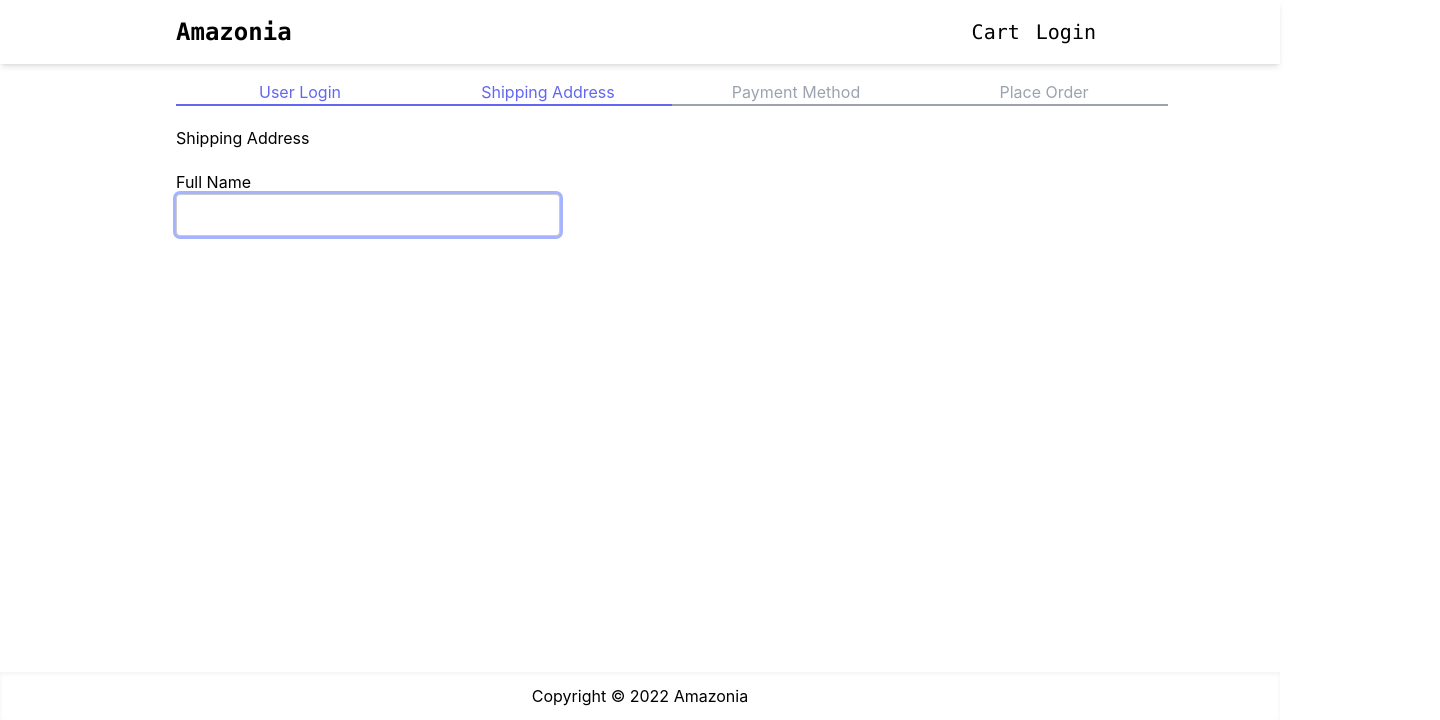
Repository: chidieb11/shop
Page: /shipping
The author's editor kept a copy of each file at every save. The page is drawn from the files as they stood at one save, then again after a run of saves.
The browser window is 1280 px wide. The page is 1440 px wide, so the pictures cover 1440 px, including what lies to the right of the window. The pictures show the whole page.
The page's requests for data from a server got no answer. The project was rebuilt for these pictures with package versions that can differ from the ones it lists, and the page was loaded fresh each time. The framework's server and built-in components were replaced by stand-ins that run in the browser. No one was signed in, and anything a server would have sent is missing. Also part of the build but not shown: next.config.js, components/DropdownLink.js.

Above is the page before, as saved 2022-06-28 22:07:58.

### pages/_app.js
import "../styles/globals.css";
import { StoreProvider } from "../utils/Store";
import { SessionProvider } from "next-auth/react";

function MyApp({ Component, pageProps:{session, ...pageProps }}) {
  return (
    <SessionProvider session={session}>
      <StoreProvider>
        <Component {...pageProps} />
      </StoreProvider>
    </SessionProvider>
  );
}

export default MyApp;

### pages/shipping.js
import React from "react";
import { useForm } from "react-hook-form";
import CheckoutWizard from "../components/CheckoutWizard";
import Layout from "../components/Layout";

const ShippingScreen = () => {
  const {
    handleSubmit,
    register,
    formState: { errors },
    setValue,
  } = useForm();

  return (
    <Layout title="Shipping Address">
      <CheckoutWizard activeStep={1} />

      <form className="mx-auto">
        <h1 className="capitalize mb-5">shipping address</h1>
        <div className="mb-4 flex flex-col">
          <label htmlFor="fullName">Full Name</label>
          <input
            type="text"
            className="w-96"
            id="fullName"
            autoFocus
            {...register("fullName", {
              required: "Please Enter Your Full Name",
            })}
            style={{ border: "1px solid #ccc", outline: "none" }}
          />
          {errors.fullName && (
            <div className="text-red-500">{errors.fullName.message}</div>
          )}
        </div>
      </form>
    </Layout>
  );
};

export default ShippingScreen;

### styles/globals.css
@tailwind base;
@tailwind components;
@tailwind utilities;

html,
body {
  padding: 0;
  margin: 0;
  font-family: -apple-system, BlinkMacSystemFont, Segoe UI, Roboto, Oxygen,
    Ubuntu, Cantarell, Fira Sans, Droid Sans, Helvetica Neue, sans-serif;
}

a {
  color: inherit;
  text-decoration: none;
}

* {
  box-sizing: border-box;
}

.card {
  @apply mb-5 block rounded-lg border border-gray-200 shadow-md;
}

.primary-button {
  @apply rounded bg-amber-200 py-2 px-4 shadow outline-none hover:bg-amber-400 active:bg-amber-500;
}

input,
select,
textarea {
  @apply rounded border-none p-2 outline-none ring-indigo-300 focus:ring;
}

.dropdown-link {
  @apply flex p-2 hover:bg-gray-200;
}

### utils/Store.js
import Cookies from "js-cookie";
import { createContext, useReducer } from "react";

export const Store = createContext();

const initialState = {
  cart: Cookies.get("cart")
    ? JSON.parse(Cookies.get("cart"))
    : { cartItems: [] },
};

function reducer(state, action) {
  switch (action.type) {
    case "CART_ADD_ITEM": {
      const newItem = action.payload;
      const existingItem = state.cart.cartItems.find(
        (item) => item.slug === newItem.slug
      );
      const cartItems = existingItem
        ? state.cart.cartItems.map((item) =>
            item.name === existingItem.name ? newItem : item
          )
        : [...state.cart.cartItems, newItem];
      Cookies.set("cart", JSON.stringify({ ...state.cart, cartItems }));
      return { ...state, cart: { ...state.cart, cartItems } };
    }
    case "CART_REMOVE_ITEM": {
      const cartItems = state.cart.cartItems.filter(
        (item) => item.slug !== action.payload.slug
      );
      Cookies.set("cart", JSON.stringify({ ...state.cart, cartItems }));
      return { ...state, cart: { ...state.cart, cartItems } };
    }
    case "CLEAR_RESET":
      return {
        ...state,
        cart: {
          cartItems: [],
          shippingAddress: { location: [] },
          paymentMethod: "",
        },
      };
    default:
      return state;
  }
}

export function StoreProvider({ children }) {
  const [state, dispatch] = useReducer(reducer, initialState);
  const value = { state, dispatch };
  return <Store.Provider value={value}>{children}</Store.Provider>;
}

### components/CheckoutWizard.js
import React from "react";

const CheckoutWizard = ({ activeStep = 0 }) => {
  return (
    <div className="mb-5 flex flex-wrap md:mr-64">
      {["User Login", "Shipping Address", "Payment Method", "Place Order"].map(
        (step, index) => (
          <div
            key={step}
            className={`flex-1 border-b-2 text-center ${
              index <= activeStep
                ? "border-indigo-500 text-indigo-500"
                : "border-gray-400 text-gray-400"
            }`}
          >
            {step}
          </div>
        )
      )}
    </div>
  );
};

export default CheckoutWizard;

### components/Layout.js
import Head from "next/head";
import Link from "next/link";
import React, { useContext, useEffect, useState } from "react";
import { Store } from "../utils/Store";
import { signOut, useSession } from "next-auth/react";
import { ToastContainer } from "react-toastify";
import "react-toastify/dist/ReactToastify.css";
import { Menu } from "@headlessui/react";
import DropdownLink from "./DropdownLink";
import Cookies from "js-cookie";

const Layout = ({ title, children }) => {
  const { state, dispatch } = useContext(Store);
  const { cart } = state;
  const [cartItemCount, setCartItemCount] = useState(0);
  const { status, data: session } = useSession();

  useEffect(() => {
    setCartItemCount(
      cart.cartItems.reduce(
        (accumulator, currentQuantity) =>
          accumulator + currentQuantity.quantity,
        0
      )
    );
  }, [cart.cartItems]);

  const logoutClickHandler = () => {
    Cookies.remove("cart");
    dispatch({ type: "CLEAR_RESET" });
    signOut({ callbackUrl: "/login" });
  };

  return (
    <>
      <Head>
        <title>{title ? title + "-Amazonia" : "Amazonia"}</title>
        <meta name="description" content="Ecommerce Website" />
        <link rel="icon" href="/favicon.ico" />
      </Head>

      <ToastContainer position="bottom-center" limit={1} />

      <div className="flex min-h-screen flex-col justify-between">
        {/* Navbar */}
        <header className="top-0 sticky shadow-md">
          <nav className="flex justify-between items-center px-4 md:mx-40 h-16">
            <Link href="/">
              <a className="text-2xl font-bold font-mono capitalize">
                amazonia
              </a>
            </Link>
            <div>
              <Link href="cart">
                <a className="p-2 capitalize text-xl font-mono">
                  cart
                  {cartItemCount > 0 && (
                    <span className="ml-1 rounded-full bg-red-600 text-white px-2 pt-1 text-center font-bold text-xs">
                      {cartItemCount}
                    </span>
                  )}
                </a>
              </Link>

              {status === "loading" ? (
                "loading"
              ) : session?.user ? (
                <Menu as="div" className="relative inline-block">
                  <Menu.Button>{session.user.name}</Menu.Button>
                  <Menu.Items className="absolute right-0 w-56 origin-top-right bg-white shadow-lg rounded-md">
                    <Menu.Item>
                      <DropdownLink className="dropdown-link" href="/profile">
                        Profile
                      </DropdownLink>
                    </Menu.Item>
                    <Menu.Item>
                      <DropdownLink
                        className="dropdown-link"
                        href="/order-history"
                      >
                        Order History
                      </DropdownLink>
                    </Menu.Item>
                    <Menu.Item>
                      <a
                        className="dropdown-link"
                        href="#"
                        onClick={logoutClickHandler}
                      >
                        Logout
                      </a>
                    </Menu.Item>
                  </Menu.Items>
                </Menu>
              ) : (
                <Link href="/login">
                  <a className="text-xl font-mono p-2">Login</a>
                </Link>
              )}
            </div>
          </nav>
        </header>

        {/* Main */}
        <main className="container m-auto mx-40 mt-4 px-4">{children}</main>

        {/* Footer */}
        <footer className="flex justify-center items-center shadow-inner h-12">
          <p>Copyright &copy; 2022 Amazonia</p>
        </footer>
      </div>
    </>
  );
};

export default Layout;

Loaded but not shown: tailwind.config.js (common file)

After the next 5 saves:
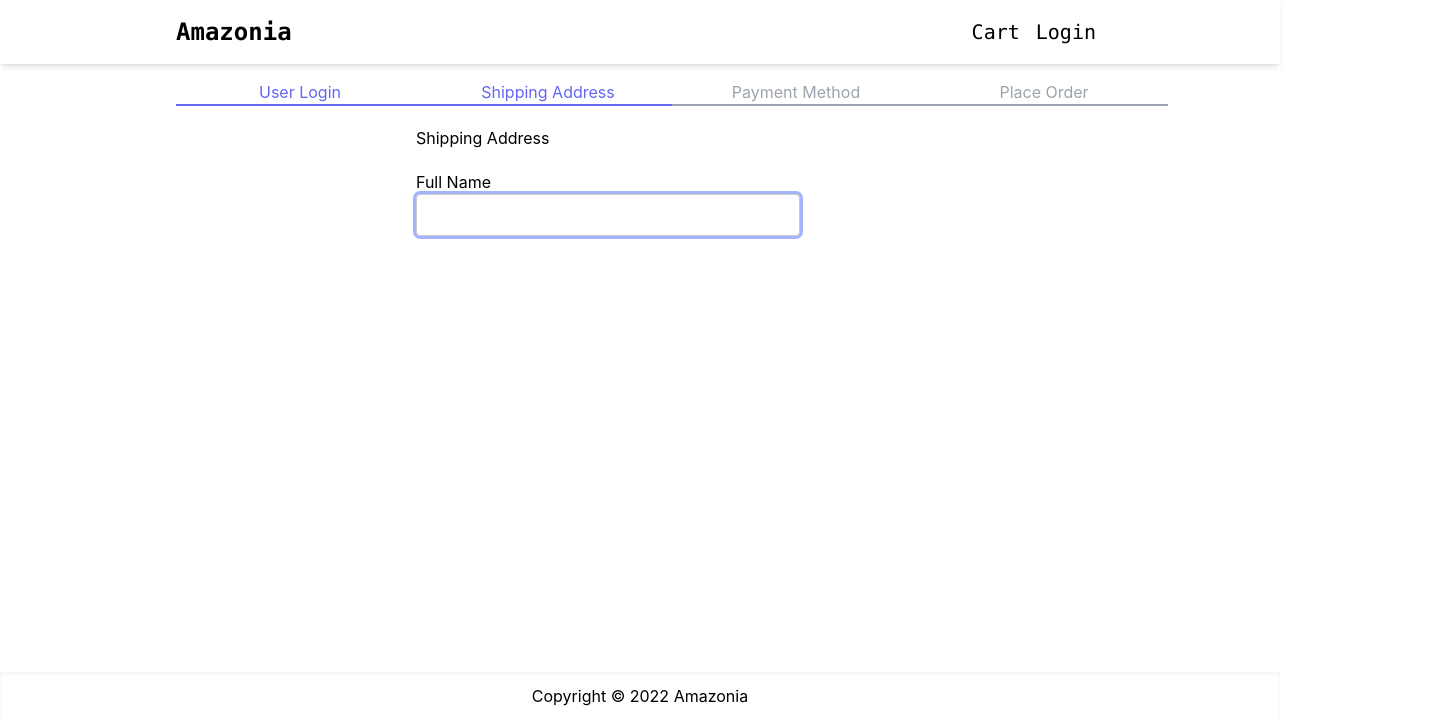
The 5 saves are shown as one change because they came seconds apart.
The last was saved 59 s later.
--- a/pages/shipping.js
+++ b/pages/shipping.js
@@ -15,7 +15,7 @@ const ShippingScreen = () => {
     <Layout title="Shipping Address">
       <CheckoutWizard activeStep={1} />
 
-      <form className="mx-auto">
+      <form className="mx-auto max-w-screen-md">
         <h1 className="capitalize mb-5">shipping address</h1>
         <div className="mb-4 flex flex-col">
           <label htmlFor="fullName">Full Name</label>
